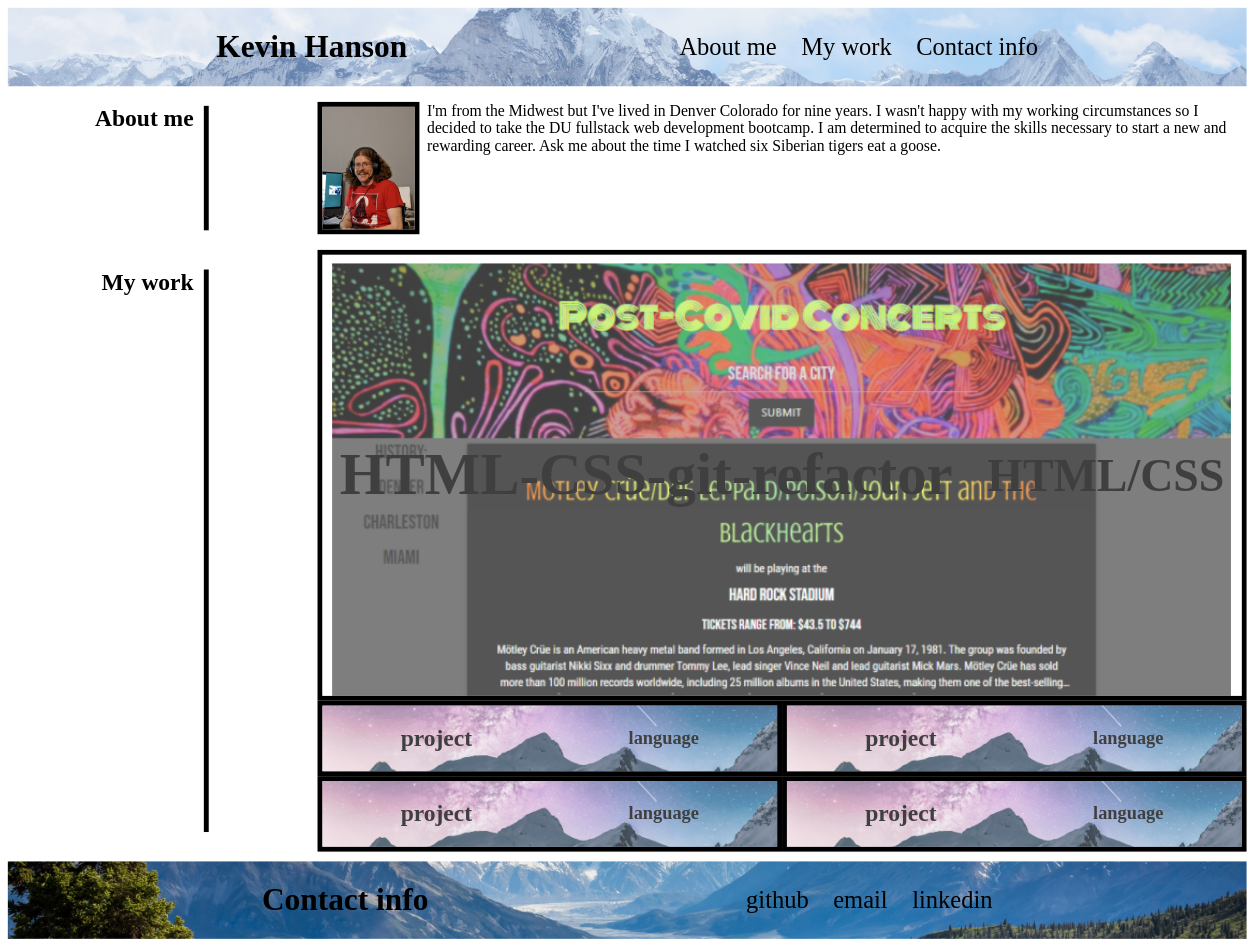
Repository: ziffoit/Projects-Portfolio
Page: index.html
The author's editor kept a copy of each file at every save. The page is drawn from the files as they stood at one save, then again after the next save.
The browser window is 1280 px wide. The pictures show the whole page, at 98% of full size.

Above is the page before, as saved 2021-04-09 10:19:14.

After the next save:
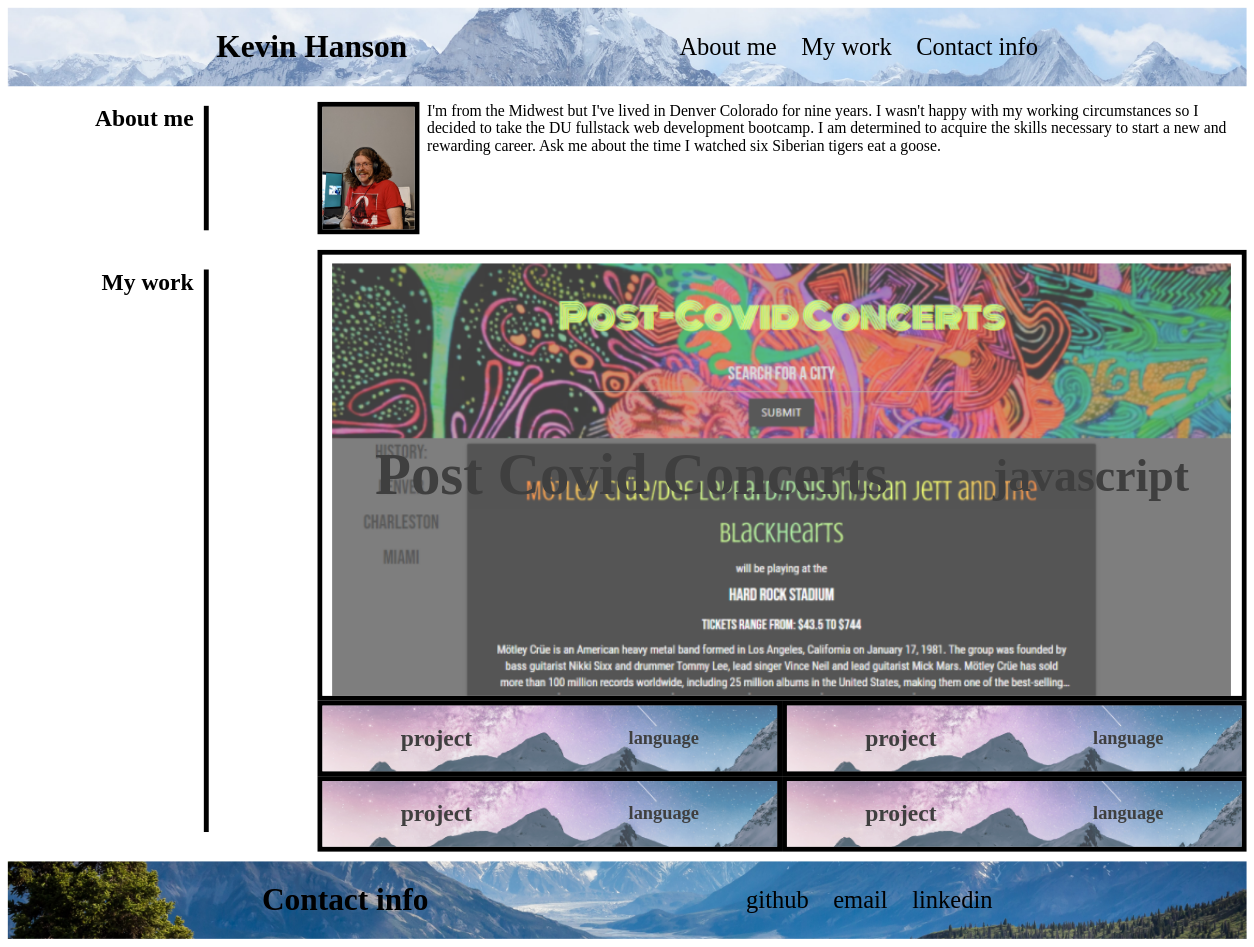
Saved 85 s later.
--- a/index.html
+++ b/index.html
@@ -43,8 +43,8 @@
             target="_blank"
           >
             <section class="card" id="main-project">
-              <h2>HTML-CSS-git-refactor</h2>
-              <h3>HTML/CSS</h3>
+              <h2>Post Covid Concerts</h2>
+              <h3>javascript</h3>
             </section>
           </a>
           <a class="flex-item" href="">
